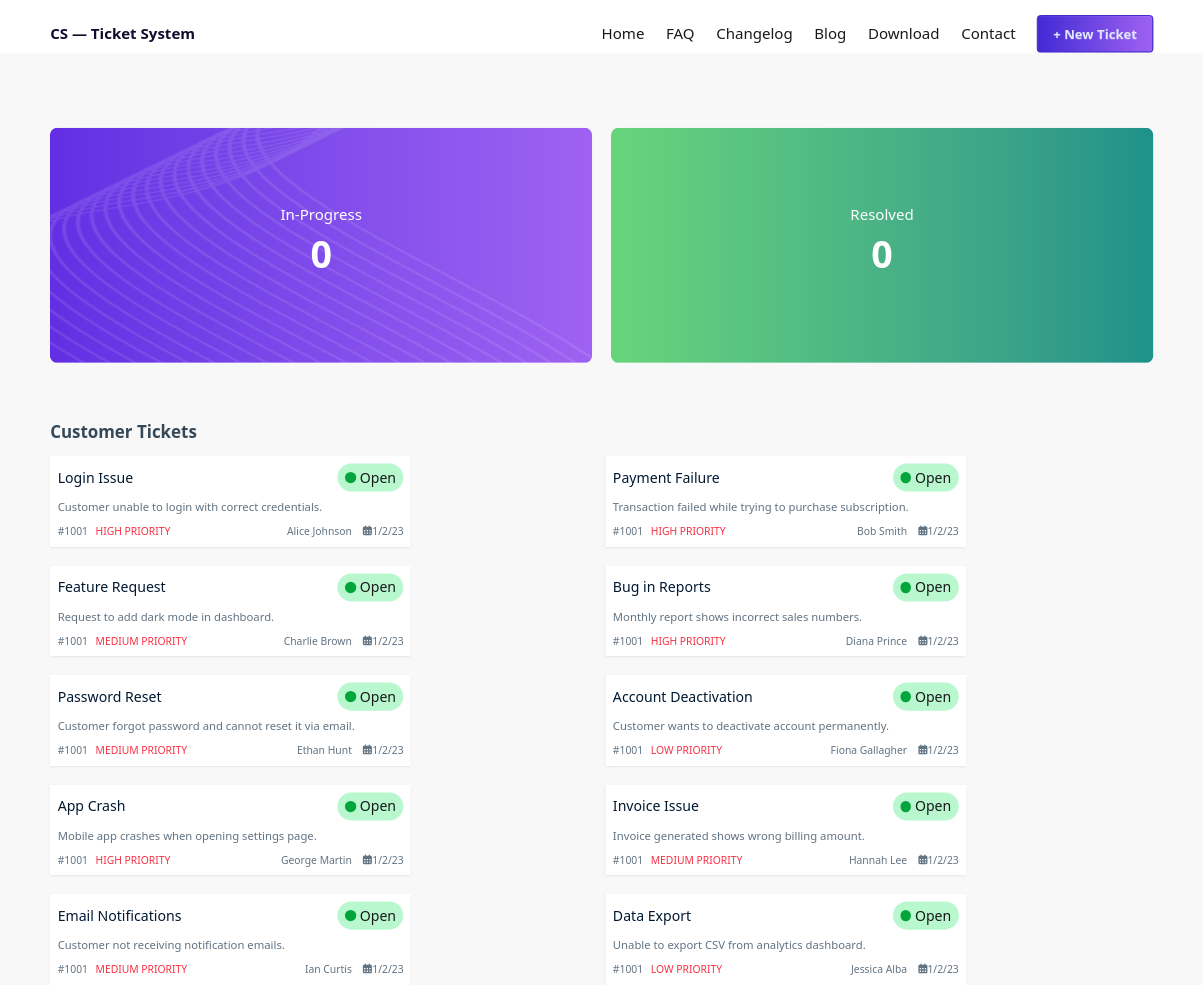
Repository: SanjidaSnigdha/Customer-Support-Zone
Page: /
An editor plug-in stored every save of this project. The page is shown before and after the next save, followed by the edit.
The browser window is 1280 px wide. The pictures show the whole page, at 94% of full size.
The project was rebuilt for these pictures with package versions that can differ from the ones it lists, and the page was loaded fresh each time. Also part of the build but not shown: vite.config.js, src/App.css.

Above is the page before, as saved 2026-03-24 05:02:01.

### index.html
<!doctype html>
<html lang="en">
  <head>
    <meta charset="UTF-8" />
    <link rel="icon" type="image/svg+xml" href="/favicon.svg" />
    <meta name="viewport" content="width=device-width, initial-scale=1.0" />
    <title>customer-support-zone</title>
  </head>
  <body>
    <div id="root"></div>
    <script type="module" src="/src/main.jsx"></script>
  </body>
</html>

### src/index.css
 @import "tailwindcss";
 @plugin "daisyui" {
  themes: light --default, dark --prefersdark;
  themes: light --default;
 }

### src/App.jsx
import { Suspense, useState } from 'react'
import './App.css'
import Navbar from './component/Navbar/Navbar'
import Banner from './component/Banner/Banner'
import CustomerTickets from './component/CustomerTickets/CustomerTickets'

const fetchTickets = async()=>{
  const res = await fetch("/customers.json")
  return res.json()
}

function App() {
  const customerPromise = fetchTickets()

  return (
    <>
    <div className='flex flex-col'>
   <Navbar></Navbar>
   <div className='flex-1 bg-base-200'>
    <Banner></Banner>
    <Suspense fallback={<span className="loading loading-spinner loading-xl"></span>
}>
          <CustomerTickets customerPromise={customerPromise}></CustomerTickets>

    </Suspense>
   </div>
   </div>

    </>
  )
}

export default App

### src/component/Navbar/Navbar.jsx
import React from 'react';

const Navbar = () => {
    return (
        <div className='flex justify-between w-11/12 mx-auto mt-4'>
            <div className='navbar-start'>
                <h1 className='w-[833px] h-[26px] font-bold text-[#130B2D]'>CS — Ticket System</h1>
            </div>
            <div className='navbar-end justify-between gap-3 text-[#000000]/90'>
                <a>Home</a>
                <a>FAQ</a>
                <a>Changelog</a>
                <a>Blog</a>
                <a>Download</a>
                <a>Contact</a>
         <button className='btn btn-primary bg-gradient-to-r from [#632EE3] to-[#9F62F2]'>+ New Ticket</button>
            </div>
        </div>
    );
};

export default Navbar;

### src/component/Banner/Banner.jsx
import React from 'react';
import vectorImg1 from '../../assets/vector1.png'
import vectorImg2 from '../../assets/vector2.png'

const Banner = () => {
    return (
        <div className='flex justify-between w-11/12 mx-auto mt-20 gap-5'>
            <div className='relative'>
             <img src={vectorImg1} alt="" className=' bg-gradient-to-r from-[#632EE3] to-[#9F62F2] w-[700px] h-[250px] rounded-[8px]'/>
             <p className='absolute text-center inset-20 text-[#FFFFFF]'>In-Progress<br /><span className='font-bold text-[#FFFFFF] text-[40px]'>
                0</span></p>

            </div>
            <div className='relative'>
      <img src={vectorImg2} alt="" className='bg-gradient-to-r from-[#54CF68] to-[#00827A] w-[700px] h-[250px] rounded-[8px]'/>
        <p className='absolute text-center inset-20 text-[#FFFFFF]'>Resolved<br /><span className='font-bold text-[#FFFFFF] text-[40px]'>
                0</span></p>

            </div>
        </div>
    );
};

export default Banner;

### src/component/CustomerTickets/CustomerTickets.jsx
import React, { use } from 'react';
import { FontAwesomeIcon } from '@fortawesome/react-fontawesome'
import { faCalendarDays } from '@fortawesome/free-solid-svg-icons'
const CustomerTickets = ({customerPromise}) => {
    const customerTicket = use(customerPromise)
    console.log(customerTicket)
    return (
        <div className='w-11/12 mx-auto'>
         <h1 className='font-semibold text-[#34485A] text-[18px] mt-15'>Customer Tickets</h1>
         <div className='grid md:grid-cols-2 grid-cols-1 gap-2'>


    {
        customerTicket.map(customer=>

              <div className="card w-96 bg-base-100 card-xs shadow-sm mt-3 rounded-none">
  <div className="card-body">
    <div className='flex justify-between'>
     <h2 className="card-title text-[#001931] font-medium text-[15px]">{customer.title}</h2>
     <button className='rounded-4xl bg-[#B9F8CF] w-[70px] h-[30px] flex items-center gap-1 p-2 font-medium text-[15px]'><span className='bg-[#02A53B] rounded-full w-3 h-3'></span>Open</button>

    </div>
    <p className='text-[#627382] text-[12px] font-medium'>{customer.description}</p>
    <div className="flex justify-between card-actions">
        <div className='flex gap-2'>
        <p className='text-[#627382] font-medium'>#1001</p>
        <p className='text-[#F83044] font-medium'>{customer.priority}</p>
        </div>
        <div className='flex gap-3'>
            <p className='text-[#627382] font-medium'>{customer.customer}</p>
            <p className='text-[#627382] font-medium'><FontAwesomeIcon icon ={faCalendarDays}  />1/2/23</p>

        </div>

    </div>
  </div>
</div>
        )
    }

        </div>

        </div>
    );
};

export default CustomerTickets;

### public/customers.json
[
  {
    "id": 1,
    "title": "Login Issue",
    "description": "Customer unable to login with correct credentials.",
    "customer": "Alice Johnson",
    "priority": "HIGH PRIORITY",
    "status": "Open",
    "createdAt": "2026-03-20T10:15:00Z"
  },
  {
    "id": 2,
    "title": "Payment Failure",
    "description": "Transaction failed while trying to purchase subscription.",
    "customer": "Bob Smith",
    "priority": "HIGH PRIORITY",
    "status": "Pending",
    "createdAt": "2026-03-21T14:22:00Z"
  },
  {
    "id": 3,
    "title": "Feature Request",
    "description": "Request to add dark mode in dashboard.",
    "customer": "Charlie Brown",
    "priority": "MEDIUM PRIORITY",
    "status": "Open",
    "createdAt": "2026-03-22T09:30:00Z"
  },
  {
    "id": 4,
    "title": "Bug in Reports",
    "description": "Monthly report shows incorrect sales numbers.",
    "customer": "Diana Prince",
    "priority": "HIGH PRIORITY",
    "status": "In Progress",
    "createdAt": "2026-03-22T11:45:00Z"
  },
  {
    "id": 5,
    "title": "Password Reset",
    "description": "Customer forgot password and cannot reset it via email.",
    "customer": "Ethan Hunt",
    "priority": "MEDIUM PRIORITY",
    "status": "Resolved",
    "createdAt": "2026-03-23T08:10:00Z"
  },
  {
    "id": 6,
    "title": "Account Deactivation",
    "description": "Customer wants to deactivate account permanently.",
    "customer": "Fiona Gallagher",
    "priority": "LOW PRIORITY",
    "status": "Pending",
    "createdAt": "2026-03-23T12:05:00Z"
  },
  {
    "id": 7,
    "title": "App Crash",
    "description": "Mobile app crashes when opening settings page.",
    "customer": "George Martin",
    "priority": "HIGH PRIORITY",
    "status": "Open",
    "createdAt": "2026-03-24T07:50:00Z"
  },
  {
    "id": 8,
    "title": "Invoice Issue",
    "description": "Invoice generated shows wrong billing amount.",
    "customer": "Hannah Lee",
    "priority": "MEDIUM PRIORITY",
    "status": "In Progress",
    "createdAt": "2026-03-24T09:30:00Z"
  },
  {
    "id": 9,
    "title": "Email Notifications",
    "description": "Customer not receiving notification emails.",
    "customer": "Ian Curtis",
    "priority": "MEDIUM PRIORITY",
    "status": "Open",
    "createdAt": "2026-03-24T10:00:00Z"
  },
  {
    "id": 10,
    "title": "Data Export",
    "description": "Unable to export CSV from analytics dashboard.",
    "customer": "Jessica Alba",
    "priority": "LOW PRIORITY",
    "status": "Resolved",
    "createdAt": "2026-03-24T11:15:00Z"
  }
]

Loaded but not shown: src/main.jsx (common file)

After the next save:
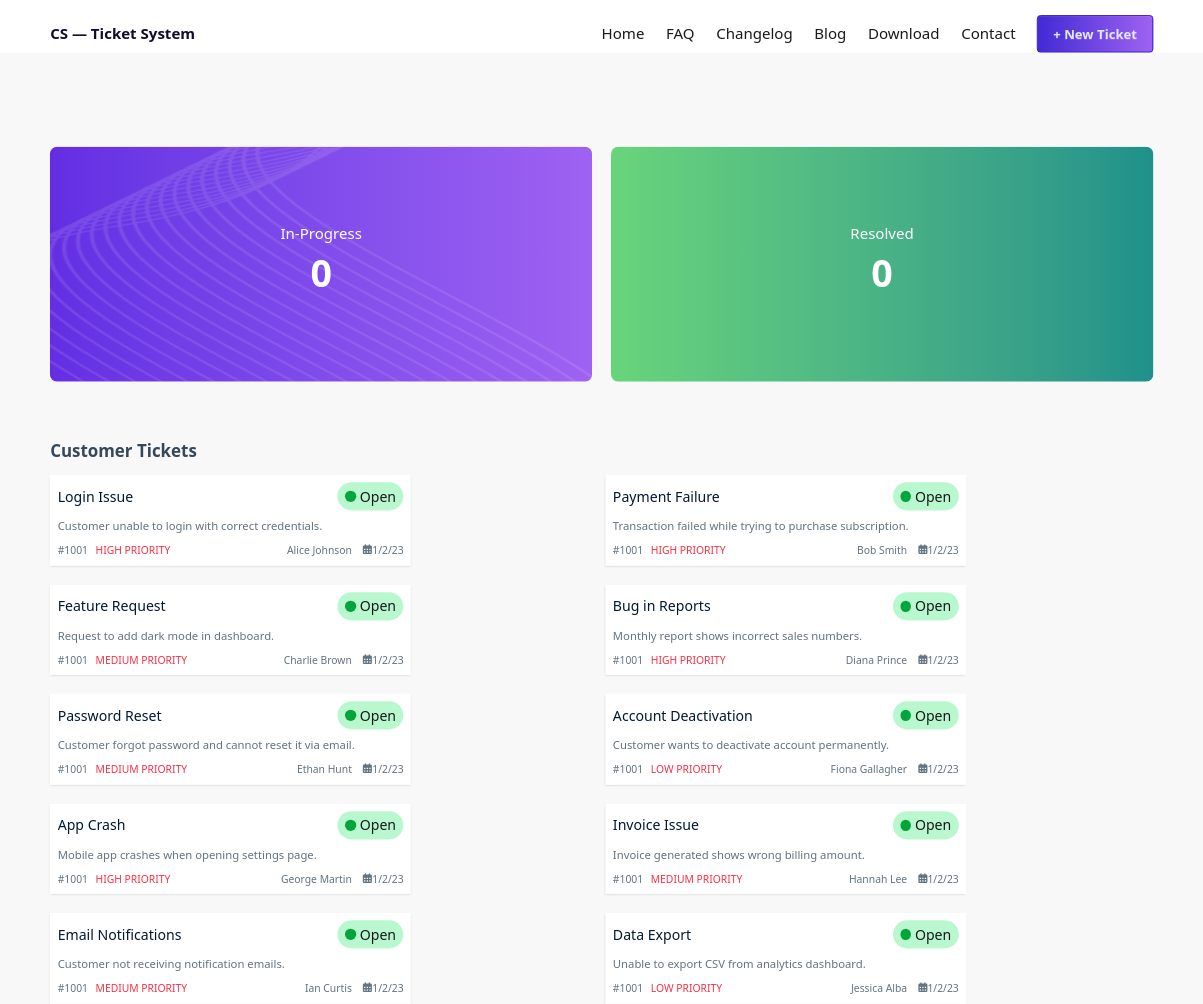
Saved 8 days later.
--- a/src/component/Banner/Banner.jsx
+++ b/src/component/Banner/Banner.jsx
@@ -4,7 +4,7 @@
 
 const Banner = () => {
     return (
-        <div className='flex justify-between w-11/12 mx-auto mt-20 gap-5'>
+        <div className='flex justify-between w-11/12 mx-auto mt-25 gap-5'>
             <div className='relative'>
              <img src={vectorImg1} alt="" className=' bg-gradient-to-r from-[#632EE3] to-[#9F62F2] w-[700px] h-[250px] rounded-[8px]'/>
              <p className='absolute text-center inset-20 text-[#FFFFFF]'>In-Progress<br /><span className='font-bold text-[#FFFFFF] text-[40px]'>

After the save that followed:
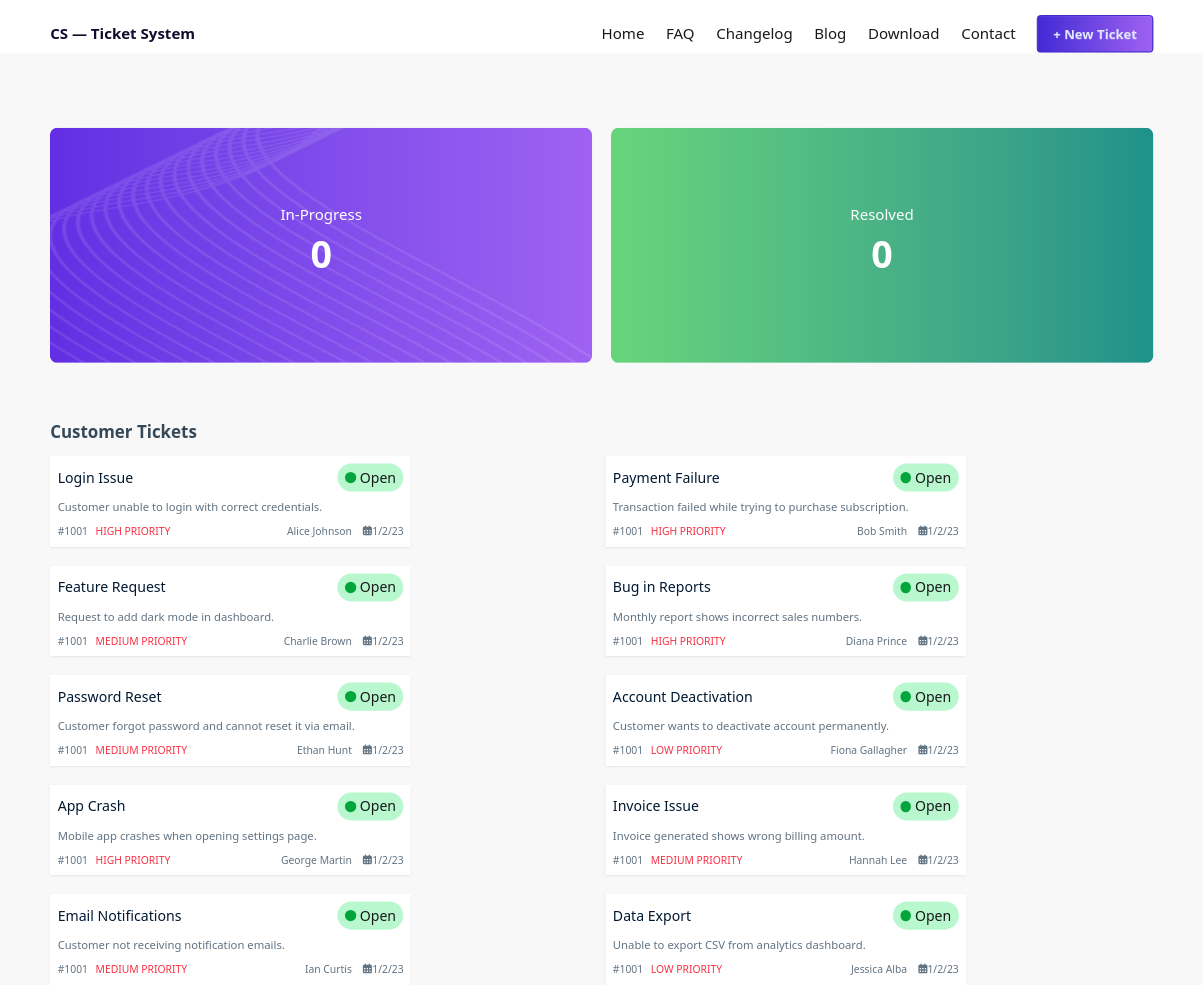
Saved 21 s later.
--- a/src/component/Banner/Banner.jsx
+++ b/src/component/Banner/Banner.jsx
@@ -4,7 +4,7 @@
 
 const Banner = () => {
     return (
-        <div className='flex justify-between w-11/12 mx-auto mt-25 gap-5'>
+        <div className='flex justify-between w-11/12 mx-auto mt-20 gap-5'>
             <div className='relative'>
              <img src={vectorImg1} alt="" className=' bg-gradient-to-r from-[#632EE3] to-[#9F62F2] w-[700px] h-[250px] rounded-[8px]'/>
              <p className='absolute text-center inset-20 text-[#FFFFFF]'>In-Progress<br /><span className='font-bold text-[#FFFFFF] text-[40px]'>
